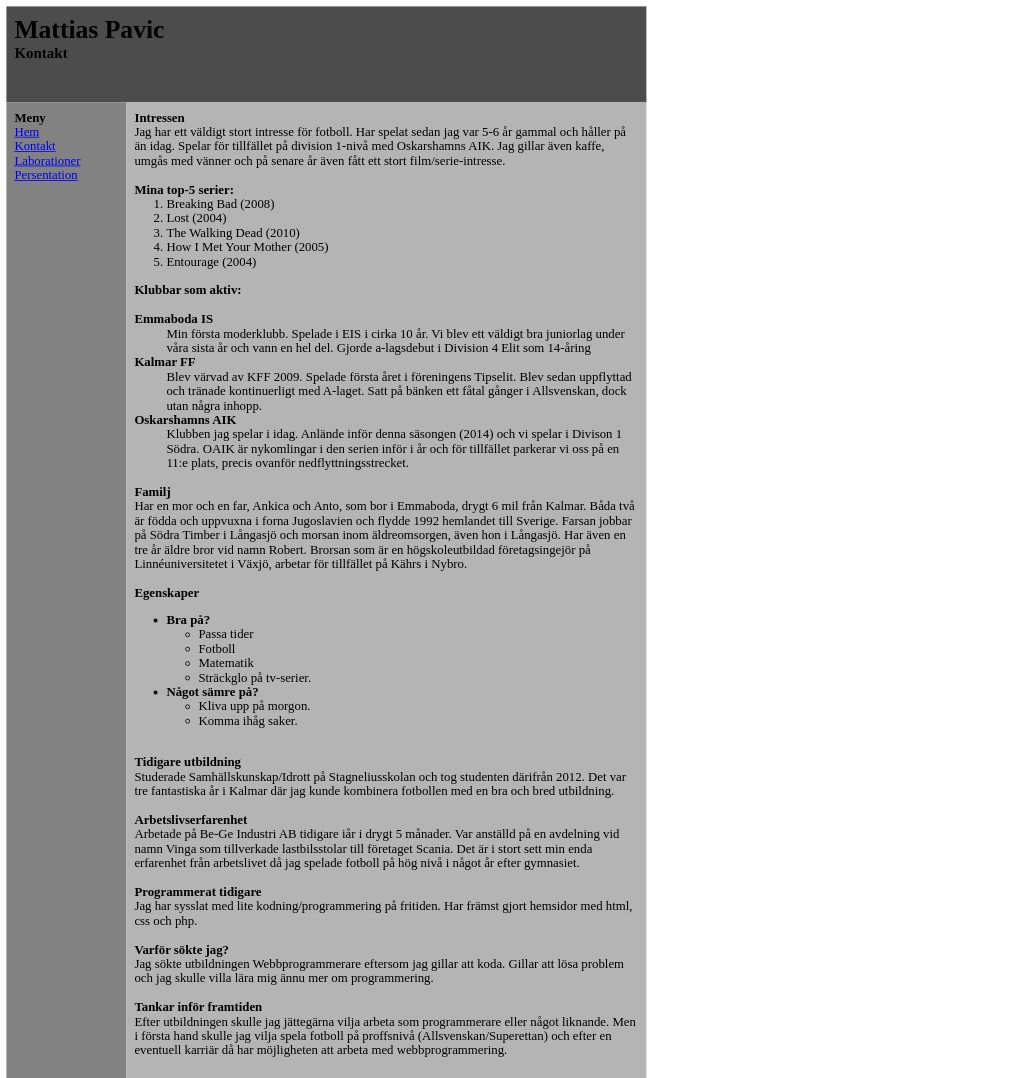
Repository: mp222sf/1ik415-laborationer
Page: pages/kontakt.html
The author's editor kept a record of every edit. The page is drawn from the files as they stood at one moment, then again after the next edit.
The browser window is 1280 px wide. The pictures show the whole page, at 80% of full size.

Above is the page before.

### pages/kontakt.html
<!doctype html>
<html lang="sv">
    <head>
        <meta charset="utf-8" />
        <title>Mattias Pavic</title>
    </head>
    <body>

<div id="container" style="width:800px">
<div id="header" style="padding: 10px;background-color:#4C4C4C;height: 100px;">
<h1 style="margin: 0;">Mattias Pavic</h1>
<h3 style="margin: 0;">Kontakt</h3>
</div>
<div id="menu" style="padding: 10px;background-color:#828282;height:1200px;width:130px;float:left;">
<h4 style="margin: 0;">Meny</h4>
<a href="../index.html">Hem</a><br>
<a href="kontakt.html">Kontakt</a><br>
<a href="laborationer.html">Laborationer</a><br>
<a href="presentation.html">Persentation</a><br>
</div>

<div id="content" style="padding: 10px;background-color:#B4B4B4;height:1200px;width:630px;float:left;">
<!--Här skriver vi infomationen om mina intressen.-->
<h4 style="margin: 0;">Intressen</h4>
<p style="margin: 0;">Jag har ett väldigt stort intresse för fotboll. Har spelat sedan jag var 5-6 år gammal och håller på än idag.
Spelar för tillfället på division 1-nivå med Oskarshamns AIK.
Jag gillar även kaffe, umgås med vänner och på senare år även fått ett stort film/serie-intresse. </p>
<br>
<h4 style="margin: 0;">Mina top-5 serier:</h4>
<ol style="margin: 0;">
 <li>Breaking Bad (2008)</li>
 <li>Lost (2004)</li>
 <li>The Walking Dead (2010)</li>
 <li>How I Met Your Mother (2005)</li>
 <li>Entourage (2004)</li>
</ol>

<br>

<b>Klubbar som aktiv:</b><br><br>
<dl style="margin: 0;">
  <dt><b>Emmaboda IS</b></dt>
    <dd>Min första moderklubb. Spelade i EIS i cirka 10 år. Vi blev ett väldigt bra juniorlag under våra sista år och vann en hel del. Gjorde a-lagsdebut i Division 4 Elit som 14-åring</dd>
  <dt><b>Kalmar FF</b></dt>
    <dd>Blev värvad av KFF 2009. Spelade första året i föreningens Tipselit. Blev sedan uppflyttad och tränade kontinuerligt med A-laget. Satt på bänken ett fåtal gånger i Allsvenskan, dock utan några inhopp.</dd>
  <dt><b>Oskarshamns AIK</b></dt>
    <dd>Klubben jag spelar i idag. Anlände inför denna säsongen (2014) och vi spelar i Divison 1 Södra. OAIK är nykomlingar i den serien inför i år och för tillfället parkerar vi oss på en 11:e plats, precis ovanför nedflyttningsstrecket.</dd>
</dl><br>

<h4 style="margin: 0;">Familj</h4>
<p style="margin: 0;">Har en mor och en far, Ankica och Anto, som bor i Emmaboda, drygt 6 mil från Kalmar.
Båda två är födda och uppvuxna i forna Jugoslavien och flydde 1992 hemlandet till Sverige.
Farsan jobbar på Södra Timber i Långasjö och morsan inom äldreomsorgen, även hon i Långasjö.
Har även en tre år äldre bror vid namn Robert.
Brorsan som är en högskoleutbildad företagsingejör på Linnéuniversitetet i Växjö, arbetar för tillfället på Kährs i Nybro.</p><br>


<!--Listan ger Error i Validator. Förstår ej?!.-->
<h4 style="margin: 0;">Egenskaper</h4>
<ul>
 <li><b>Bra på?</b></li>
     <ul>
     <li>Passa tider</li>
     <li>Fotboll</li>
     <li>Matematik</li>
     <li>Sträckglo på tv-serier.</li>
     </ul>
 <li><b>Något sämre på?</b></li>
     <ul>
     <li>Kliva upp på morgon.</li>
     <li>Komma ihåg saker.</li>
     </ul>
</ul><br>



<h4 style="margin: 0;">Tidigare utbildning</h4>
<p style="margin: 0;">Studerade Samhällskunskap/Idrott på Stagneliusskolan och tog studenten därifrån 2012. Det var tre fantastiska år i Kalmar där jag kunde kombinera fotbollen med en bra och bred utbildning.</p>
<br>
<h4 style="margin: 0;">Arbetslivserfarenhet</h4>
<p style="margin: 0;">Arbetade på Be-Ge Industri AB tidigare iår i drygt 5 månader.
Var anställd på en avdelning vid namn Vinga som tillverkade lastbilsstolar till företaget Scania.
Det är i stort sett min enda erfarenhet från arbetslivet då jag spelade fotboll på hög nivå i något år efter gymnasiet.
<br><br>
<h4 style="margin: 0;">Programmerat tidigare</h4>
<p style="margin: 0;">Jag har sysslat med lite kodning/programmering på fritiden.
Har främst gjort hemsidor med html, css och php.
</p>
<br>
<h4 style="margin: 0;">Varför sökte jag?</h4>
<p style="margin: 0;">Jag sökte utbildningen Webbprogrammerare eftersom jag gillar att koda.
Gillar att lösa problem och jag skulle villa lära mig ännu mer om programmering.

</p><br>

<h4 style="margin: 0;">Tankar inför framtiden</h4>
<p style="margin: 0;">Efter utbildningen skulle jag jättegärna vilja arbeta som programmerare eller något liknande.
Men i första hand skulle jag vilja spela fotboll på proffsnivå (Allsvenskan/Superettan) och efter en eventuell karriär då har möjligheten att arbeta med webbprogrammering.
</p><br>

</div></div>



    </body>
</html>

After the next edit:
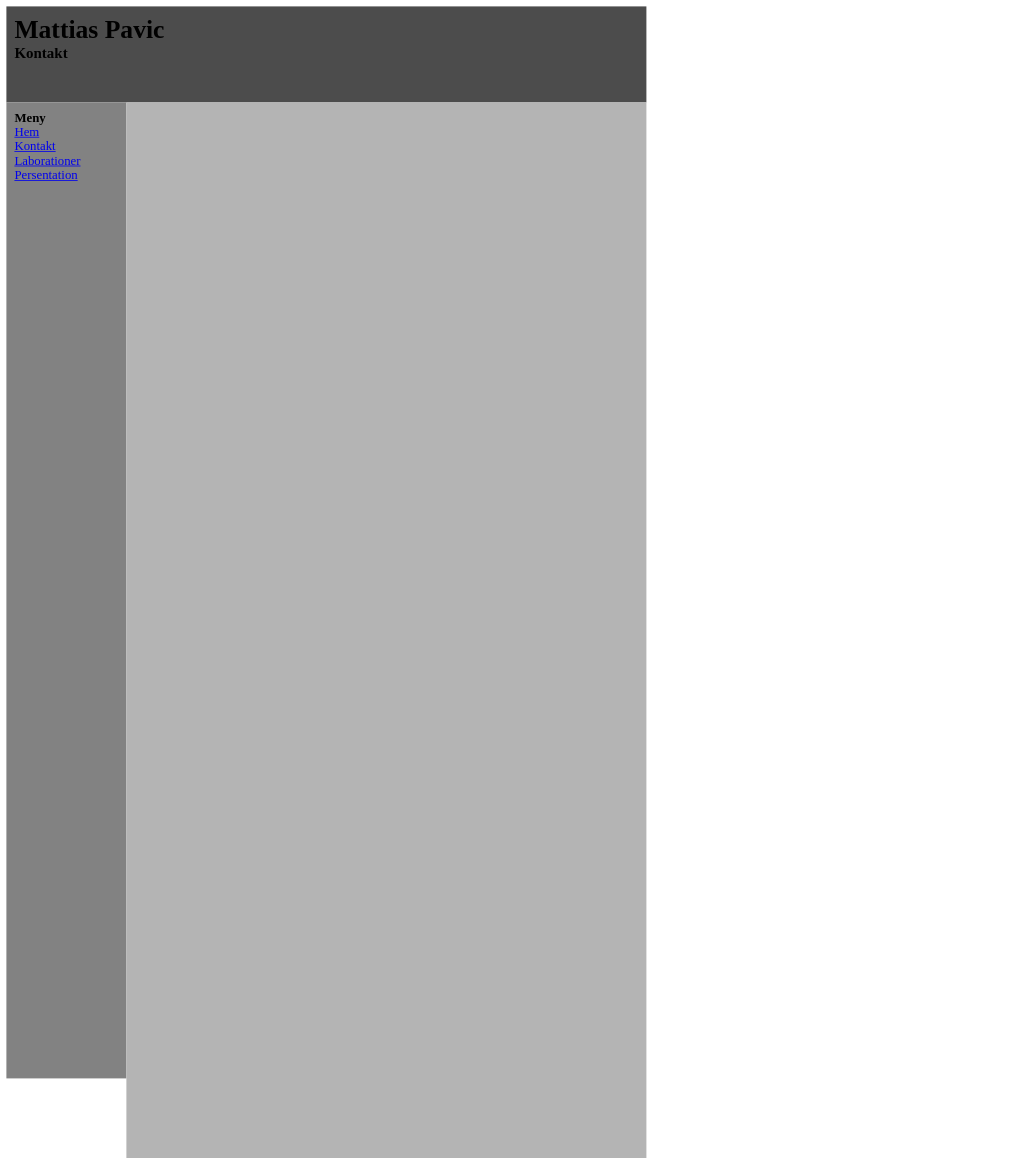
The edit:
--- a/pages/kontakt.html
+++ b/pages/kontakt.html
@@ -19,84 +19,9 @@
 <a href="presentation.html">Persentation</a><br>
 </div>
 
-<div id="content" style="padding: 10px;background-color:#B4B4B4;height:1200px;width:630px;float:left;">
-<!--Här skriver vi infomationen om mina intressen.-->
-<h4 style="margin: 0;">Intressen</h4>
-<p style="margin: 0;">Jag har ett väldigt stort intresse för fotboll. Har spelat sedan jag var 5-6 år gammal och håller på än idag.
-Spelar för tillfället på division 1-nivå med Oskarshamns AIK.
-Jag gillar även kaffe, umgås med vänner och på senare år även fått ett stort film/serie-intresse. </p>
-<br>
-<h4 style="margin: 0;">Mina top-5 serier:</h4>
-<ol style="margin: 0;">
- <li>Breaking Bad (2008)</li>
- <li>Lost (2004)</li>
- <li>The Walking Dead (2010)</li>
- <li>How I Met Your Mother (2005)</li>
- <li>Entourage (2004)</li>
-</ol>
+<div id="content" style="padding: 10px;background-color:#B4B4B4;height:1300px;width:630px;float:left;">
+<!--Här skriver vi infomation.-->
 
-<br>
-
-<b>Klubbar som aktiv:</b><br><br>
-<dl style="margin: 0;">
-  <dt><b>Emmaboda IS</b></dt>
-    <dd>Min första moderklubb. Spelade i EIS i cirka 10 år. Vi blev ett väldigt bra juniorlag under våra sista år och vann en hel del. Gjorde a-lagsdebut i Division 4 Elit som 14-åring</dd>
-  <dt><b>Kalmar FF</b></dt>
-    <dd>Blev värvad av KFF 2009. Spelade första året i föreningens Tipselit. Blev sedan uppflyttad och tränade kontinuerligt med A-laget. Satt på bänken ett fåtal gånger i Allsvenskan, dock utan några inhopp.</dd>
-  <dt><b>Oskarshamns AIK</b></dt>
-    <dd>Klubben jag spelar i idag. Anlände inför denna säsongen (2014) och vi spelar i Divison 1 Södra. OAIK är nykomlingar i den serien inför i år och för tillfället parkerar vi oss på en 11:e plats, precis ovanför nedflyttningsstrecket.</dd>
-</dl><br>
-
-<h4 style="margin: 0;">Familj</h4>
-<p style="margin: 0;">Har en mor och en far, Ankica och Anto, som bor i Emmaboda, drygt 6 mil från Kalmar.
-Båda två är födda och uppvuxna i forna Jugoslavien och flydde 1992 hemlandet till Sverige.
-Farsan jobbar på Södra Timber i Långasjö och morsan inom äldreomsorgen, även hon i Långasjö.
-Har även en tre år äldre bror vid namn Robert.
-Brorsan som är en högskoleutbildad företagsingejör på Linnéuniversitetet i Växjö, arbetar för tillfället på Kährs i Nybro.</p><br>
-
-
-<!--Listan ger Error i Validator. Förstår ej?!.-->
-<h4 style="margin: 0;">Egenskaper</h4>
-<ul>
- <li><b>Bra på?</b></li>
-     <ul>
-     <li>Passa tider</li>
-     <li>Fotboll</li>
-     <li>Matematik</li>
-     <li>Sträckglo på tv-serier.</li>
-     </ul>
- <li><b>Något sämre på?</b></li>
-     <ul>
-     <li>Kliva upp på morgon.</li>
-     <li>Komma ihåg saker.</li>
-     </ul>
-</ul><br>
-
-
-
-<h4 style="margin: 0;">Tidigare utbildning</h4>
-<p style="margin: 0;">Studerade Samhällskunskap/Idrott på Stagneliusskolan och tog studenten därifrån 2012. Det var tre fantastiska år i Kalmar där jag kunde kombinera fotbollen med en bra och bred utbildning.</p>
-<br>
-<h4 style="margin: 0;">Arbetslivserfarenhet</h4>
-<p style="margin: 0;">Arbetade på Be-Ge Industri AB tidigare iår i drygt 5 månader.
-Var anställd på en avdelning vid namn Vinga som tillverkade lastbilsstolar till företaget Scania.
-Det är i stort sett min enda erfarenhet från arbetslivet då jag spelade fotboll på hög nivå i något år efter gymnasiet.
-<br><br>
-<h4 style="margin: 0;">Programmerat tidigare</h4>
-<p style="margin: 0;">Jag har sysslat med lite kodning/programmering på fritiden.
-Har främst gjort hemsidor med html, css och php.
-</p>
-<br>
-<h4 style="margin: 0;">Varför sökte jag?</h4>
-<p style="margin: 0;">Jag sökte utbildningen Webbprogrammerare eftersom jag gillar att koda.
-Gillar att lösa problem och jag skulle villa lära mig ännu mer om programmering.
-
-</p><br>
-
-<h4 style="margin: 0;">Tankar inför framtiden</h4>
-<p style="margin: 0;">Efter utbildningen skulle jag jättegärna vilja arbeta som programmerare eller något liknande.
-Men i första hand skulle jag vilja spela fotboll på proffsnivå (Allsvenskan/Superettan) och efter en eventuell karriär då har möjligheten att arbeta med webbprogrammering.
-</p><br>
 
 </div></div>
 
